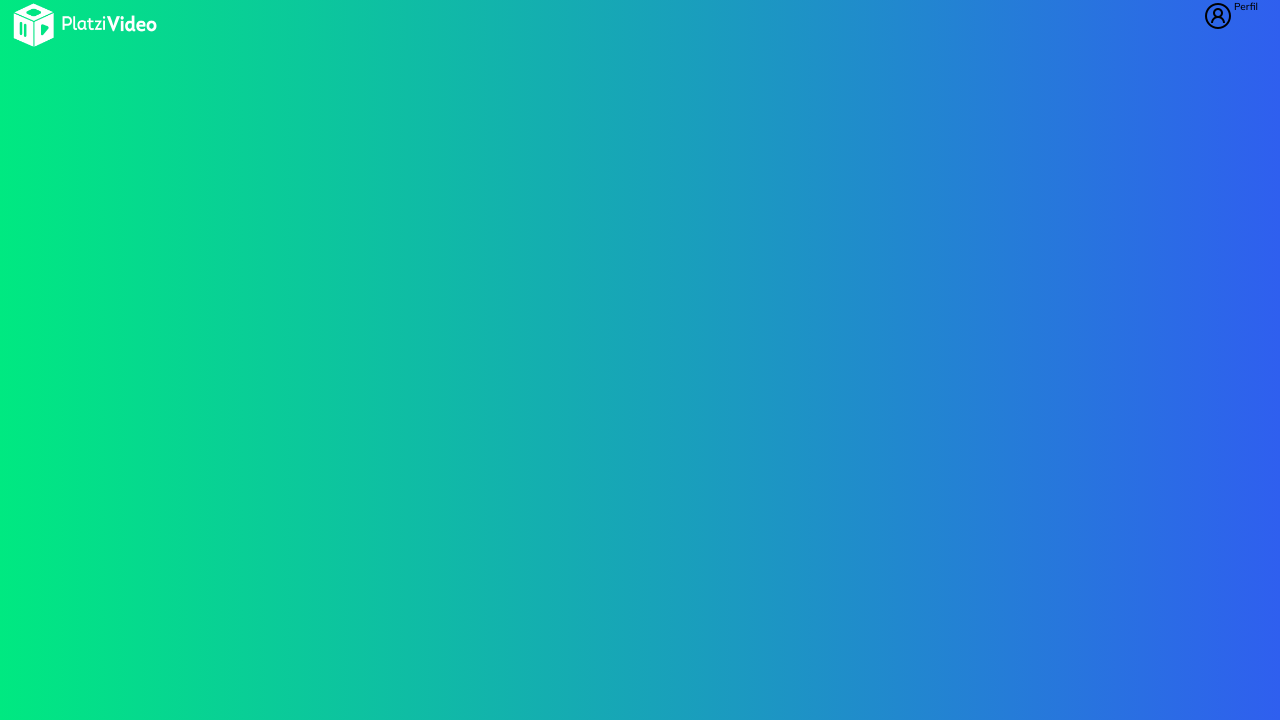
Repository: EnzoSz/Curso_frontend_dev
Page: proyecto/index.html
An editor plug-in stored every save of this project. The page is shown before and after the next save, followed by the edit.
The browser window is 1280 px wide. The pictures show the whole page.

Above is the page before, as saved 2021-03-01 12:33:26.

### proyecto/index.html
<!DOCTYPE html>
<html lang="en">
<head>
    <meta charset="UTF-8">
    <meta http-equiv="X-UA-Compatible" content="IE=edge">
    <meta name="viewport" content="width=device-width, initial-scale=1.0">
    <link rel="stylesheet" href="./CSS/style.css">
    <link rel="preconnect" href="https://fonts.gstatic.com">
    <link href="https://fonts.googleapis.com/css2?family=Mulish:wght@500&display=swap" rel="stylesheet">
    <title>Platzi Video</title>
</head>
<body>
    <header class="header">
        <img class="header__img" src="./Asset/icon/logo-platzi-video-header.png" alt="Imagen logo de platzi">
        <div class="header__menu">
            <div class="header__menu--profile">
                <img src="./Asset/icon/icons-usuario.png" alt="imagen de usuario">
                <p>Perfil</p>
            </div>
            <div>
                <ul>
                    <li><a href="">Cuenta</a></li>
                    <li><a href="">Cerrar Sesión</a></li>
                </ul>
            </div>
        </div>
    </header>
</body>
</html>

### proyecto/CSS/style.css
* {
    margin: 0;
    padding: 0;
    box-sizing: border-box;
}
html {
    font-size: 62.5%;
}
body {
    background-color: #00e981;
    background-image: linear-gradient(90deg, #00e981 0%, #2f5fef 100%);
    font-family: 'Mulish', sans-serif;
}
.header {
    width: 100%;
    height: 50px;
    background-color: #00e981;
    background-image: linear-gradient(90deg, #00e981 0%, #2f5fef 100%);
    display: flex;
    justify-content: space-between;
}
.header__img {
    width: 150px;
    margin: 0 0 0 10px;
    height: auto;
}
.header__menu {
    margin-right: 30px;
}
.header__menu ul {
    display: none;
    list-style: none;
    padding: 0;
    position: absolute;
    width: 100px;
    text-align: right;
}
.header__menu:hover ul, ul:hover {
    display: block;
}
.header__menu--profile li {
    margin: 10px 0px;
}
.header__menu--profile li a {
    color: white;
    text-decoration: none;
}
.header__menu--profile {
    margin-right: 8px;
    width: 40px;
    display: flex;
}

After the next save:
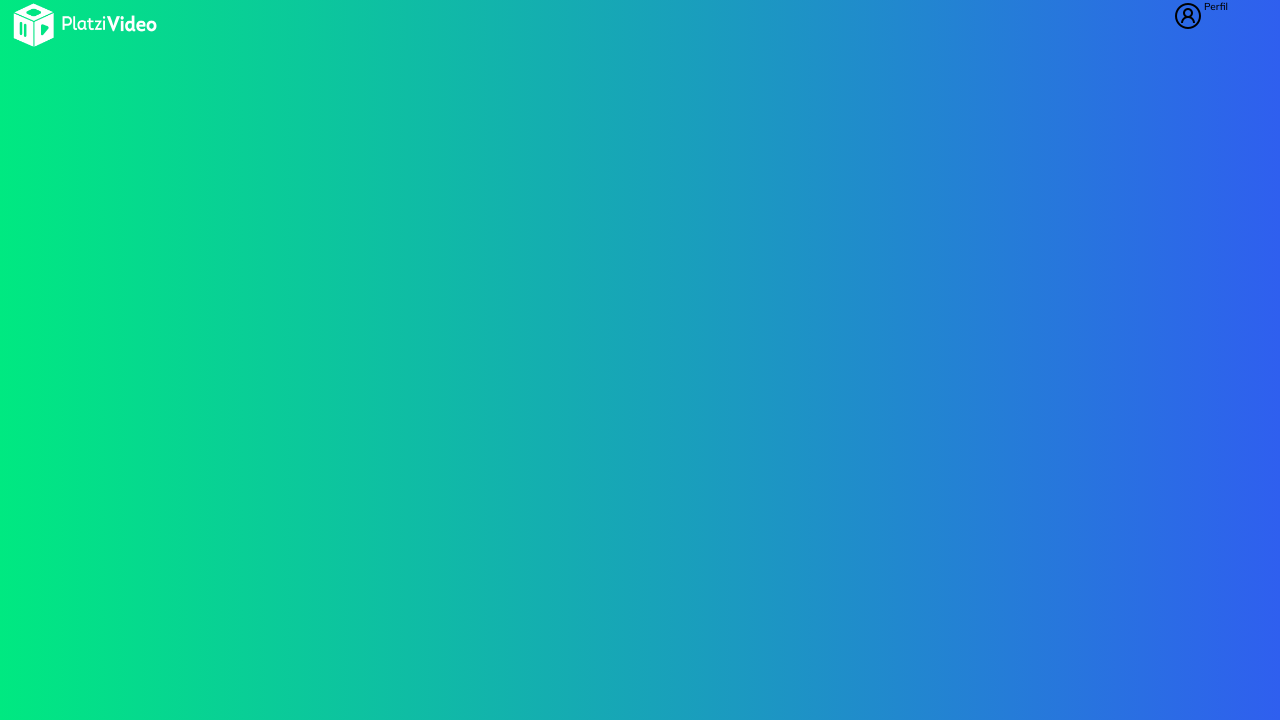
Saved 2 min 50 s later.
--- a/proyecto/CSS/style.css
+++ b/proyecto/CSS/style.css
@@ -25,7 +25,7 @@
     height: auto;
 }
 .header__menu {
-    margin-right: 30px;
+    margin-right: 60px;
 }
 .header__menu ul {
     display: none;
